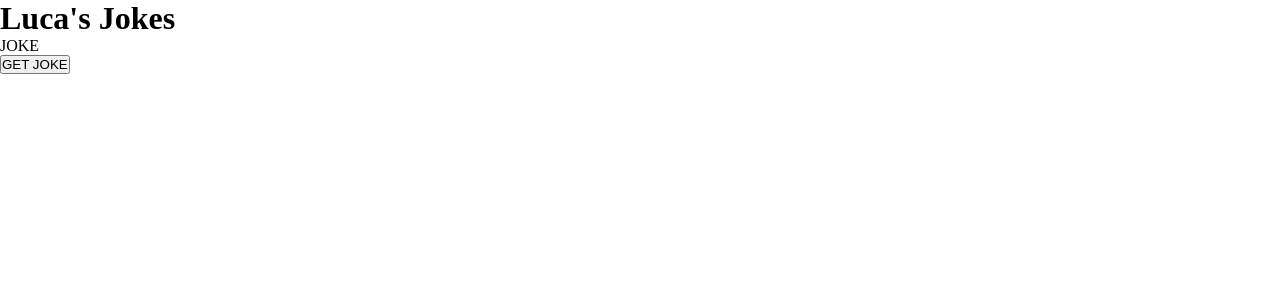
Repository: SerbanLuca/ChuckNorrisJokes-app
Page: /
The author's editor kept a copy of each file at every save. The page is drawn from the files as they stood at one save, then again after the next save.
The browser window is 1280 px wide. The pictures show the whole page.
The project was rebuilt for these pictures with package versions that can differ from the ones it lists, and the page was loaded fresh each time.

Above is the page before, as saved 2021-04-07 13:39:16.

### src/App.js
import './App.css';
import React, {useState, useEffect} from 'react';

const API_KEY = `https://api.chucknorris.io/jokes/random`;

function App() {

  return (
    <>
      <div className="container">
        <h1>Luca's Jokes</h1>
        <p>JOKE</p>
        <button className="button">GET JOKE</button>
      </div>
    </>
  );
}

export default App;

### src/App.css
*
{
  box-sizing: border-box;
  padding: 0;
  margin: 0;
}

.container-btn
{
  display: flex;
  justify-content: space-between;
}

Loaded but not shown: public/index.html (common file); src/index.js (common file)

After the next save:
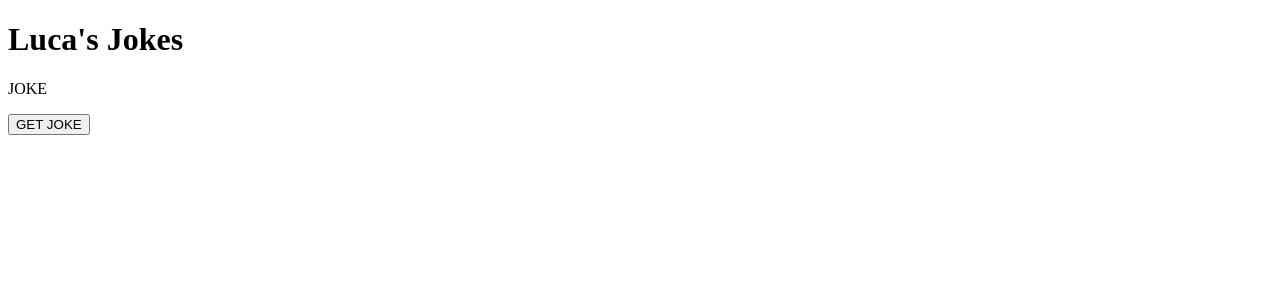
Saved 13 s later.
--- a/src/App.css
+++ b/src/App.css
@@ -1,12 +1,4 @@
 *
 {
-  box-sizing: border-box;
-  padding: 0;
-  margin: 0;
+
 }
-
-.container-btn
-{
-  display: flex;
-  justify-content: space-between;
-}

After the 2 saves that followed:
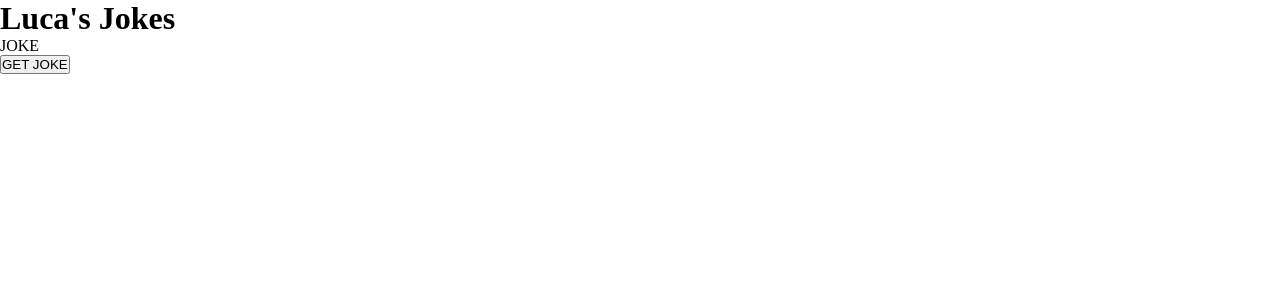
The 2 saves are shown as one change because 1 left the picture as it was.
The last was saved 24 s later.
--- a/src/App.css
+++ b/src/App.css
@@ -1,4 +1,11 @@
 *
+{
+  box-sizing:border-box;
+  padding: 0;
+  margin: 0;
+}
+
+.container
 {
 
 }
